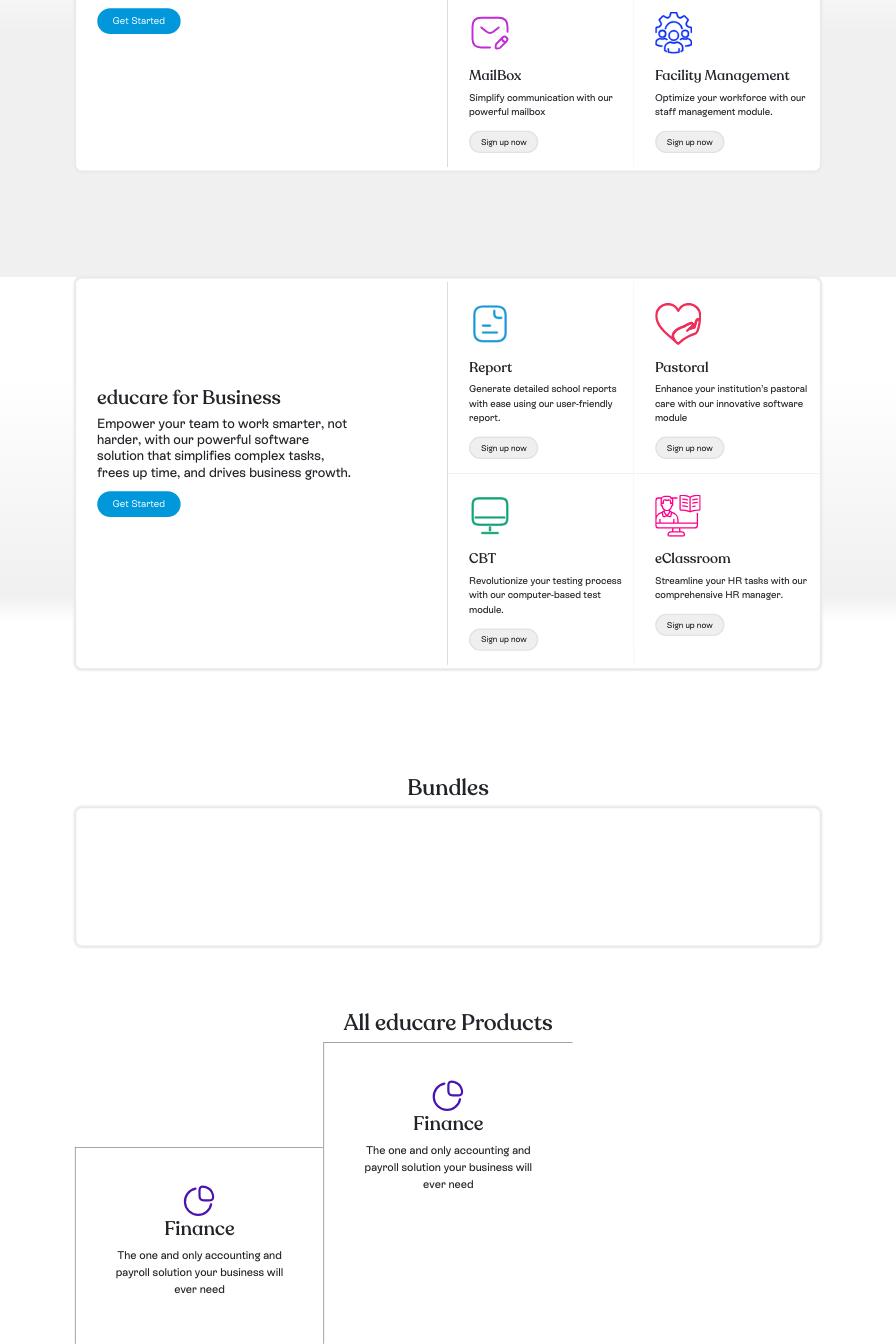
Repository: sarahnnanyelugo/educare-web
Page: /
The author's editor kept a copy of each file at every save. The page is drawn from the files as they stood at one save, then again after the next save.
The browser window is 1280 px wide. The pictures show the part of the page from y = 1494 to 3414 px (the page is 3414 px tall), at 70% of full size.
The project was rebuilt for these pictures with package versions that can differ from the ones it lists, and the page was loaded fresh each time.

Above is the page before, as saved 2023-04-05 10:17:20.

After the next save:
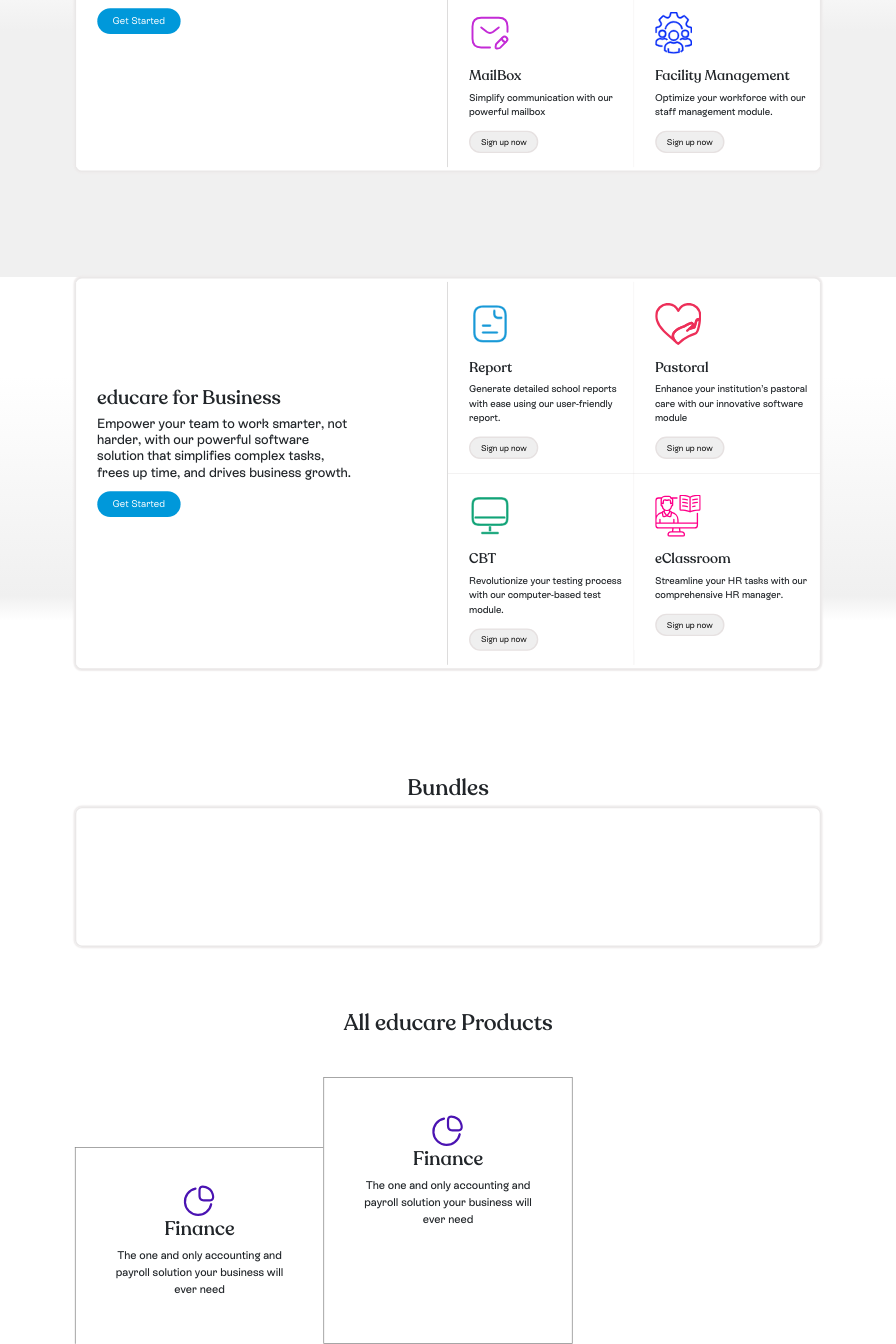
Saved 20 s later.
--- a/src/pages/Home/_home.scss
+++ b/src/pages/Home/_home.scss
@@ -110,7 +110,8 @@
   .second-product-column {
     padding: 50px 40px;
     background: #ffff;
-    border-top: solid 1px grey;
-    border-left: solid 1px grey;
+    border: solid 1px grey;
+
+    margin-top: 50px;
   }
 }
